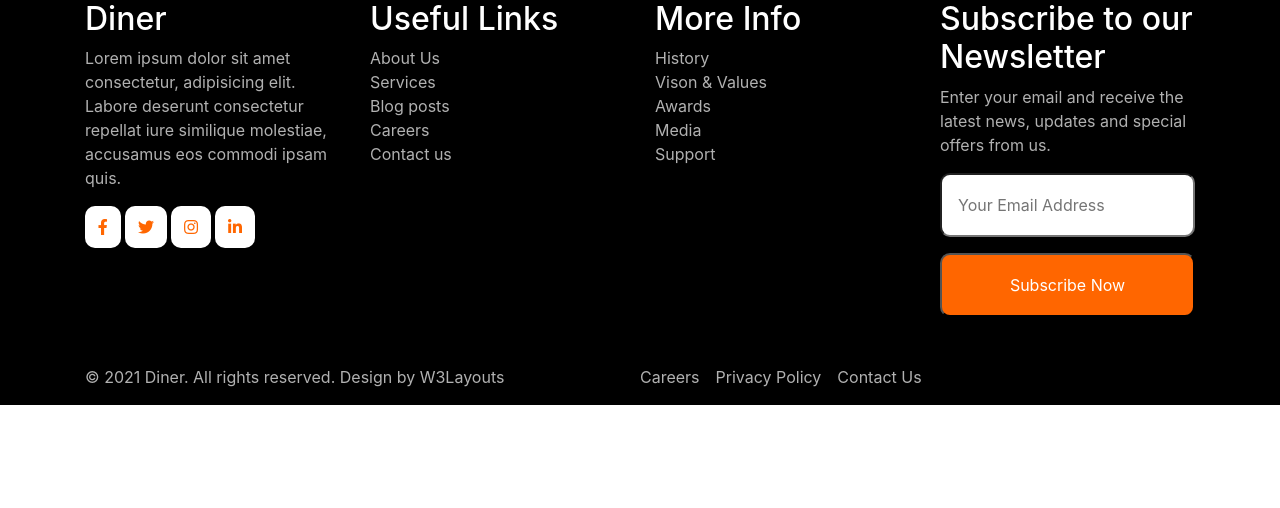
Repository: ngoctinvo/diner_project_cybersoft
Page: index.html
An editor plug-in stored every save of this project. The page is shown before and after the next save, followed by the edit.
The browser window is 1280 px wide. The pictures show the whole page.
Some web libraries are served in a nearby version. The style sheet was rebuilt from its Sass, Less or Tailwind sources for each picture, by a compiler version that may differ from the author's.

Above is the page before, as saved 2022-04-16 15:44:24.
Not found: js/index.js

After the next save:
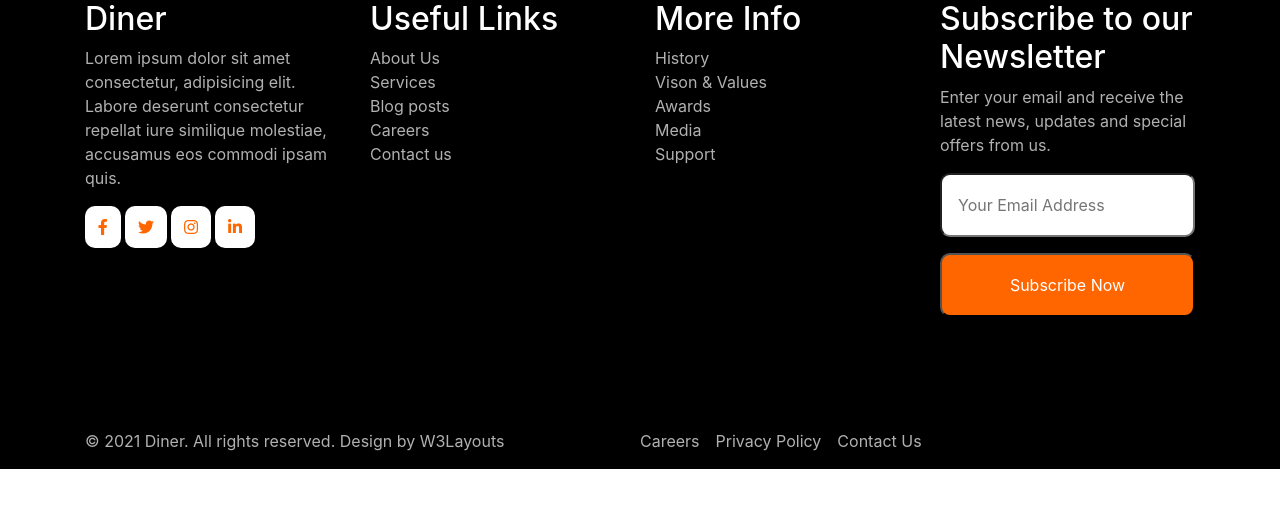
Saved 5 s later.
--- a/sass/index.scss
+++ b/sass/index.scss
@@ -45,7 +45,7 @@
         }
     }
     .copyright {
-        margin: 3rem 0;
+        margin: 7rem 0;
         .nav ul {
             display: flex;
             flex-direction: row;

After the save that followed:
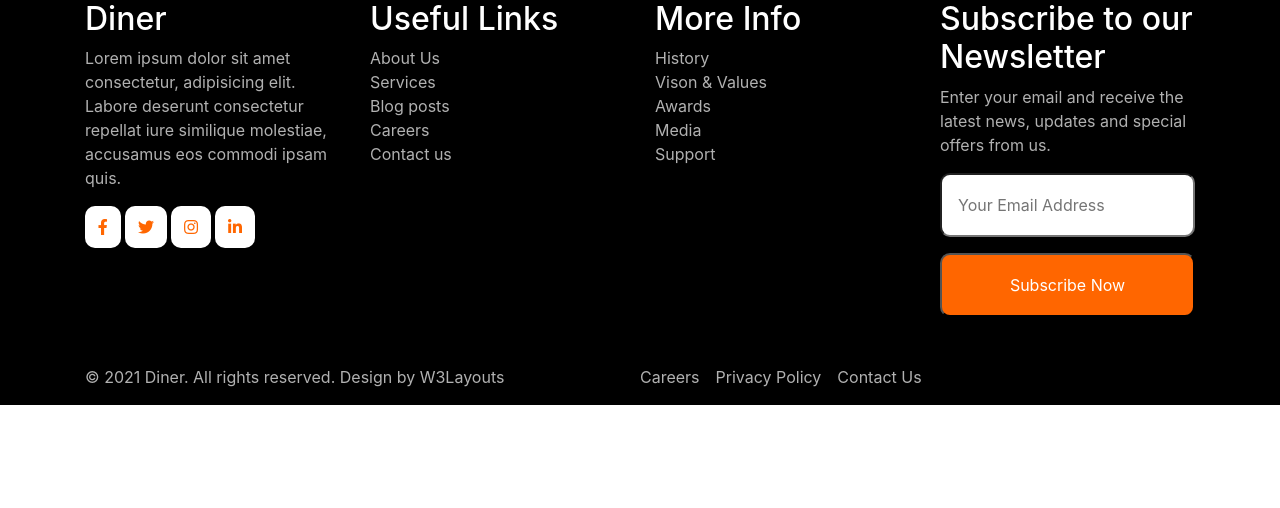
Saved 4 s later.
--- a/sass/index.scss
+++ b/sass/index.scss
@@ -45,7 +45,7 @@
         }
     }
     .copyright {
-        margin: 7rem 0;
+        margin: 3rem 0;
         .nav ul {
             display: flex;
             flex-direction: row;
